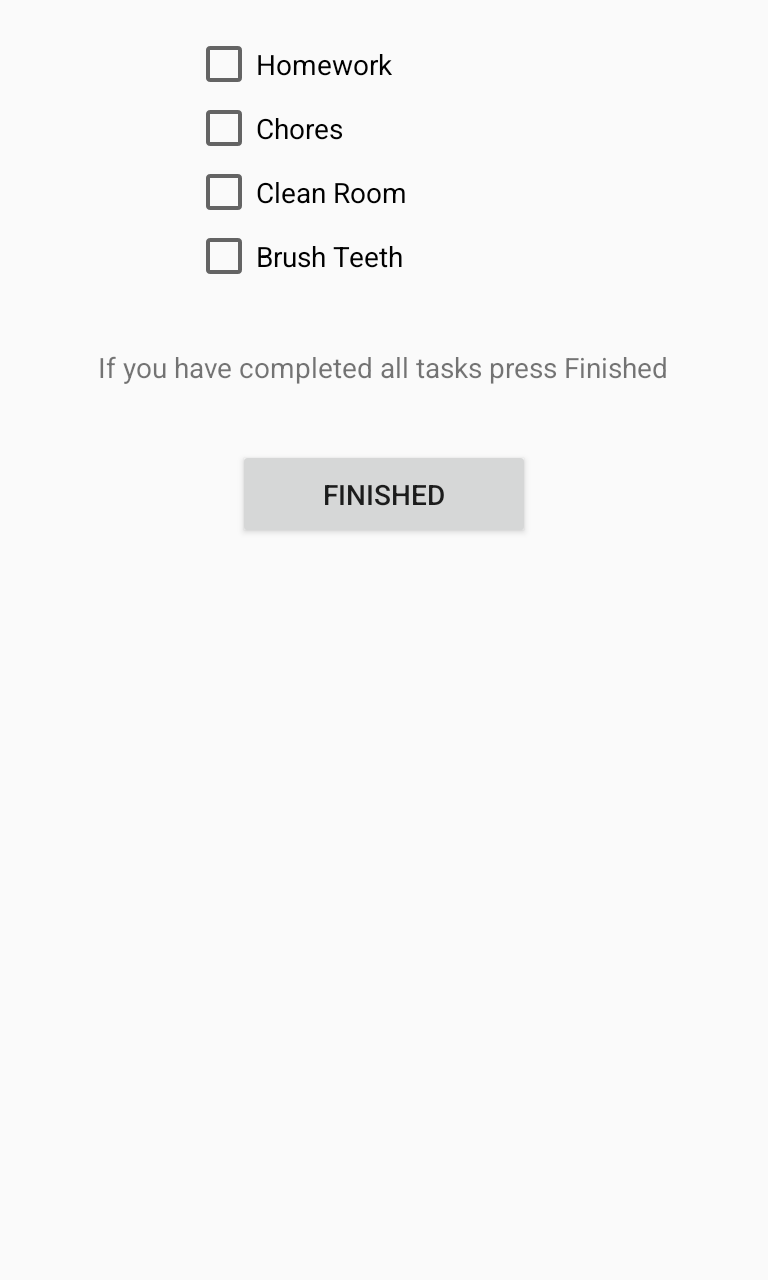
Repository: g80349/Java1
Layout: Week1 Project/ToDoList/res/layout/fragment_main.xml
The author's editor kept a copy of each file at every save. The layout is drawn from the files as they stood at one save, then again after the next save.
It is drawn on a 768 x 1280 px phone screen (xhdpi) without system bars, with theme AppTheme; the app's code is not run.

Above is the layout before, as saved 2014-04-03 17:26:54.

### Week1 Project/ToDoList/res/layout/fragment_main.xml
<LinearLayout xmlns:android="http://schemas.android.com/apk/res/android"
    xmlns:tools="http://schemas.android.com/tools"
    android:layout_width="match_parent"
    android:layout_height="match_parent"
    android:orientation="vertical"
    android:paddingBottom="@dimen/activity_vertical_margin"
    android:paddingLeft="@dimen/activity_horizontal_margin"
    android:paddingRight="@dimen/activity_horizontal_margin"
    android:paddingTop="@dimen/activity_vertical_margin"
    tools:context="com.example.todolist.MainActivity$PlaceholderFragment" >

    <CheckBox
        android:id="@+id/check_homework"
        android:layout_width="wrap_content"
        android:layout_height="wrap_content"
        android:layout_marginLeft="80dp"
        android:text="@string/check_homework" />

    <CheckBox
        android:id="@+id/check_chores"
        android:layout_width="wrap_content"
        android:layout_height="wrap_content"
        android:layout_marginLeft="80dp"
        android:text="@string/check_chores" />

    <CheckBox
        android:id="@+id/check_cleanRoom"
        android:layout_width="wrap_content"
        android:layout_height="wrap_content"
        android:layout_marginLeft="80dp"
        android:text="@string/check_cleanRoom" />

    <CheckBox
        android:id="@+id/check_brushTeeth"
        android:layout_width="wrap_content"
        android:layout_height="wrap_content"
        android:layout_marginLeft="80dp"
        android:text="@string/check_brushTeeth" />

    <TextView
        android:id="@+id/textView_toDo"
        android:layout_width="wrap_content"
        android:layout_height="wrap_content"
        android:layout_gravity="center_horizontal"
        android:layout_marginBottom="30dp"
        android:layout_marginTop="30dp"
        android:text="@string/textView_toDo" />

    <Button
        android:id="@+id/button_finish"
        android:layout_width="148dp"
        android:layout_height="wrap_content"
        android:layout_gravity="center"
        android:text="@string/button_finish" />

</LinearLayout>

### Week1 Project/ToDoList/res/values/strings.xml
<?xml version="1.0" encoding="utf-8"?>
<resources>

    <string name="app_name">To Do List</string>
    <string name="check_homework">Homework</string>
    <string name="check_chores">Chores</string>
    <string name="check_cleanRoom">Clean Room</string>
    <string name="check_brushTeeth">Brush Teeth</string>
    <string name="button_finish">Finished</string>
    <string name="textView_toDo">If you have completed all tasks press Finished</string>
    <string name="action_settings">Settings</string>

</resources>

Loaded but not shown: Week1 Project/ToDoList/res/values/styles.xml (common file); Week1 Project/ToDoList/res/values-v11/styles.xml (common file); Week1 Project/ToDoList/res/values-v14/styles.xml (common file); Week1 Project/ToDoList/res/values/dimens.xml (common file); Week1 Project/ToDoList/res/values-w820dp/dimens.xml (common file)

After the next save:
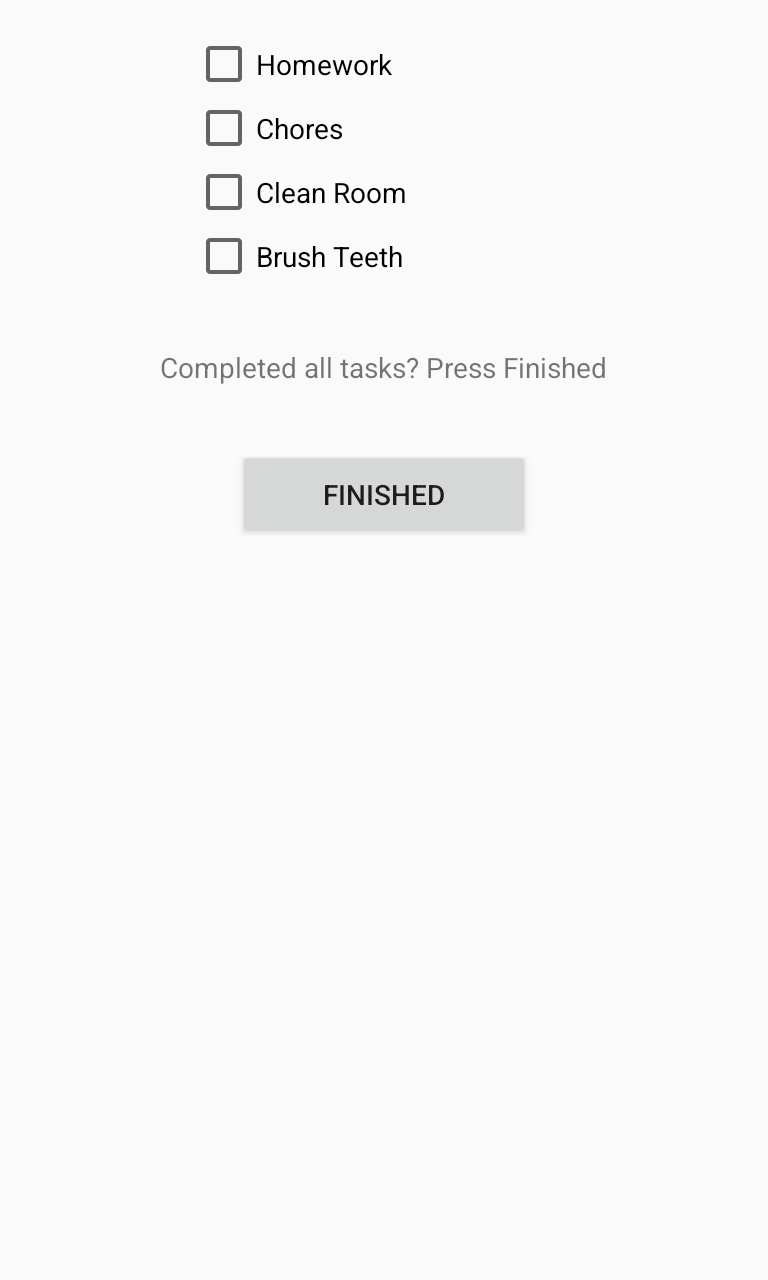
Saved 3 min 42 s later.
--- a/Week1 Project/ToDoList/res/values/strings.xml
+++ b/Week1 Project/ToDoList/res/values/strings.xml
@@ -7,7 +7,7 @@
     <string name="check_cleanRoom">Clean Room</string>
     <string name="check_brushTeeth">Brush Teeth</string>
     <string name="button_finish">Finished</string>
-    <string name="textView_toDo">If you have completed all tasks press Finished</string>
+    <string name="textView_toDo">Completed all tasks? Press Finished</string>
     <string name="action_settings">Settings</string>
 
 </resources>
